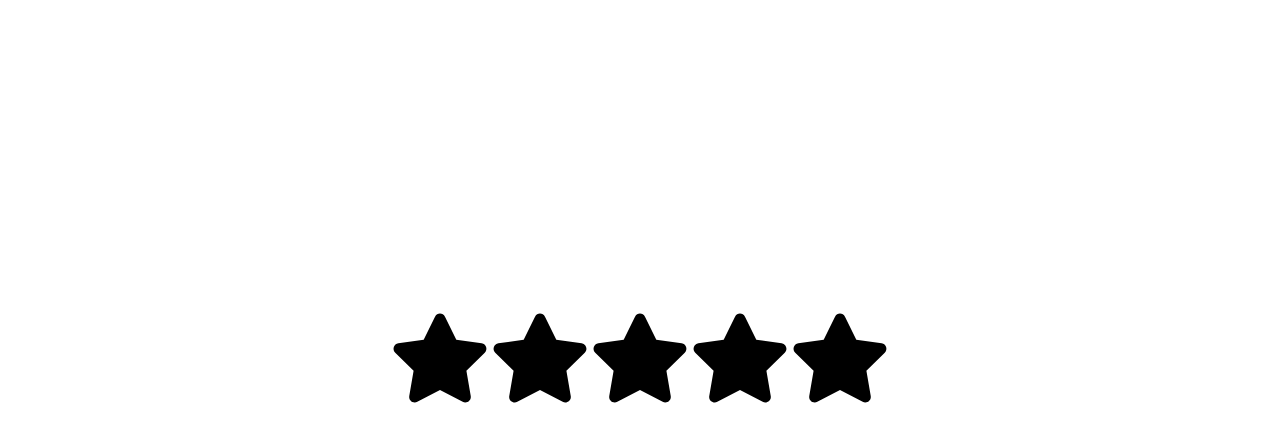
Repository: praveen-javali/star-rating
Page: /
The author's editor kept a copy of each file at every save. The page is drawn from the files as they stood at one save, then again after a run of saves.
The browser window is 1280 px wide. The pictures show the whole page.
The project was rebuilt for these pictures with package versions that can differ from the ones it lists, and the page was loaded fresh each time.

Above is the page before, as saved 2022-12-18 16:30:52.

### src/App.js
import "./App.css";
import StarRating from "./components/StarRating.component";

function App() {
  return (
    <div className="App">
      <StarRating />
    </div>
  );
}

export default App;

### src/App.css
.App {
  display: flex;
  justify-content: center;
  align-items: center;
  min-height: 100vh;
}
input[type="radio"] {
  display: none;
}
.star {
  cursor: pointer;
}

### src/components/StarRating.component.jsx
import React, { useState } from "react";
import { FaStar } from "react-icons/fa";

const StarRating = () => {
  const [rating, setRating] = useState(null);
  return (
    <div>
      {[...Array(5)].map((star, index) => {
        const starValue = index + 1;
        return (
          <label key={index}>
            <input
              type="radio"
              name="rating"
              value={starValue}
              onClick={() => {
                setRating(starValue);
              }}
            />
            <FaStar className="star" color={starValue<=rating? "#ffc107":"#ffccc"} size={100} />
          </label>
        );
      })}
    </div>
  );
};

export default StarRating;

Loaded but not shown: public/index.html (common file); src/index.js (common file); src/index.css (common file); src/reportWebVitals.js (common file)

After the next 4 saves:
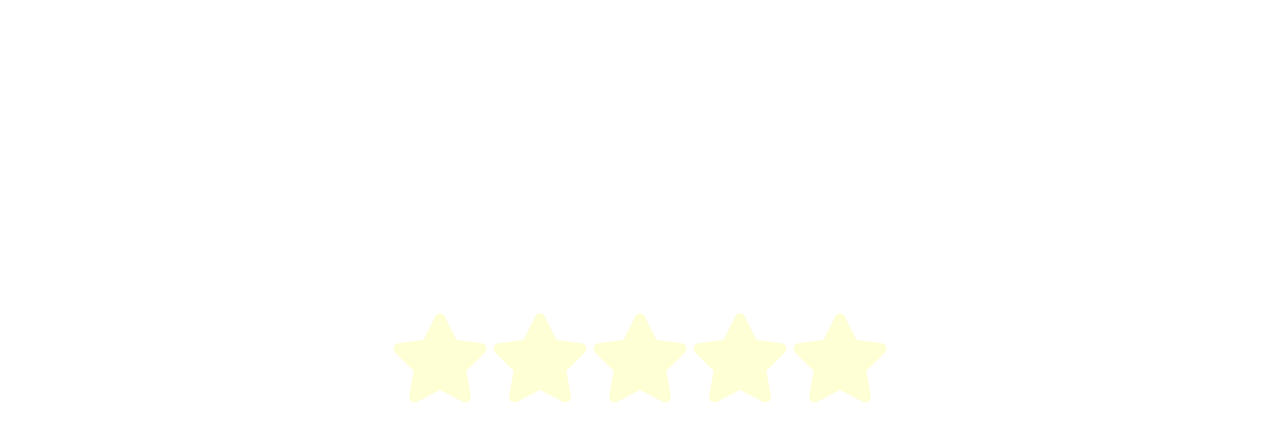
The 4 saves are shown as one change because they came seconds apart.
The last was saved 11 s later.
--- a/src/components/StarRating.component.jsx
+++ b/src/components/StarRating.component.jsx
@@ -17,7 +17,7 @@ const StarRating = () => {
                 setRating(starValue);
               }}
             />
-            <FaStar className="star" color={starValue<=rating? "#ffc107":"#ffccc"} size={100} />
+            <FaStar className="star" color={starValue<=rating? "#ffc107":"#ffcc"} size={100} />
           </label>
         );
       })}
